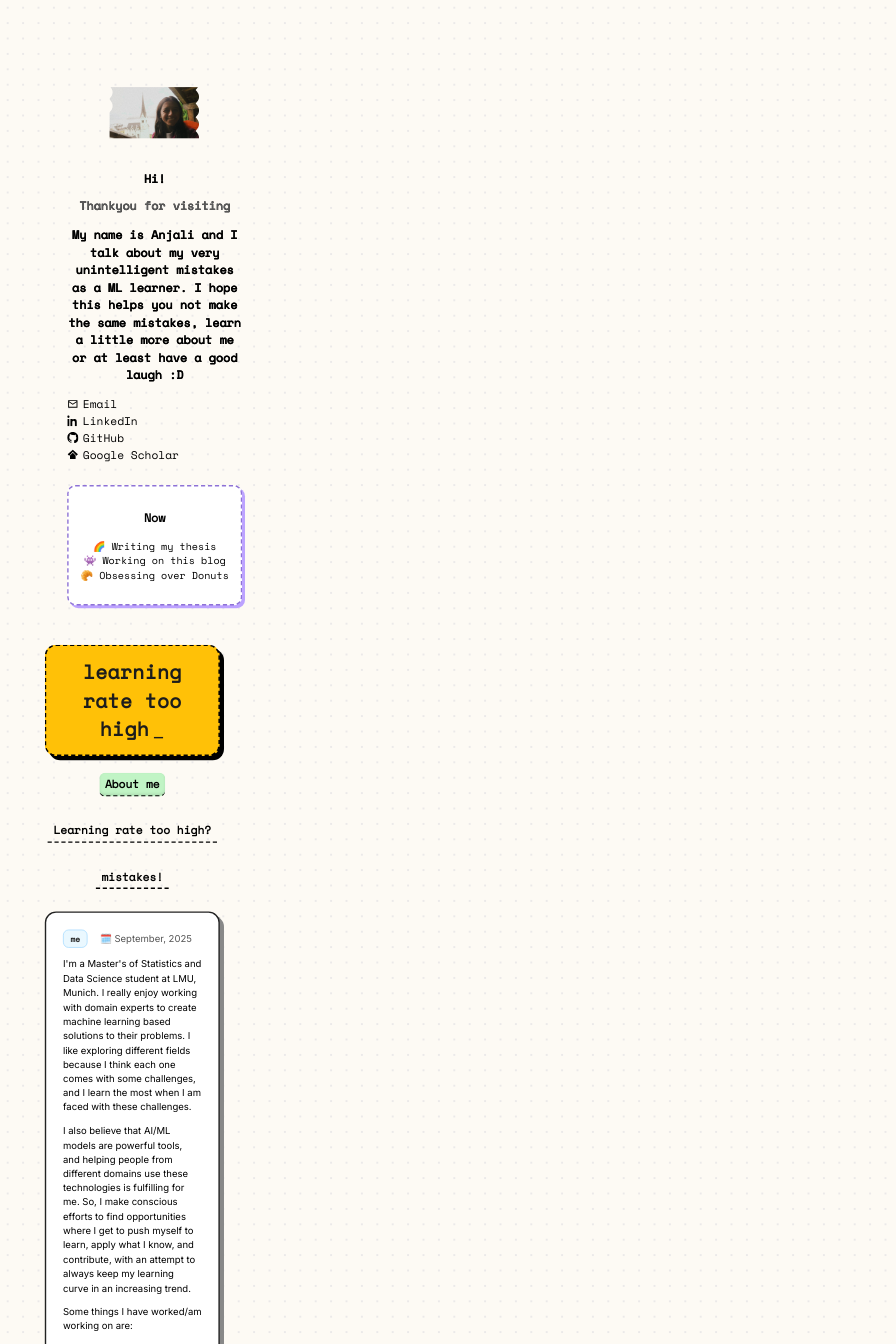
Repository: anjalisarawgi/learning_rate_too_high
Page: index.html
The author's editor kept a copy of each file at every save. The page is drawn from the files as they stood at one save, then again after the next save.
The browser window is 1280 px wide. The pictures show the part of the page from y = 0 to 1920 px (the page is 3356 px tall before and 899 px after), at 70% of full size.

Above is the page before, as saved 2025-11-03 10:04:42.

### index.html
<!DOCTYPE html>
<html lang="en">
<head>
  <meta charset="UTF-8" />
  <meta name="viewport" content="width=device-width, initial-scale=1.0" />
  <meta name="title" content="Learning Rate Too High – Machine Learning Mistakes by Anjali Sarawgi">
  <meta name="description" content="A lighthearted blog documenting my ML experiments, mistakes, and lessons learned.">
  <meta name="author" content="Anjali Sarawgi">
  <meta name="robots" content="index, follow">
  <link rel="canonical" href="https://anjalisarawgi.github.io/learning_rate_too_high/">
  <title>learning rate too high</title>
  <!-- <link href="https://fonts.googleapis.com/css2?family=Space+Mono&family=Press+Start+2P&display=swap" rel="stylesheet"> -->
  <link href="https://fonts.googleapis.com/css2?family=Space+Mono&family=Press+Start+2P&family=Inter&display=swap" rel="stylesheet">
  <style>
    body {
      font-family: 'Space Mono', monospace;
      background-color: #fdfaf4;
      margin: 0;
      padding: 2rem;
      /* background-image: radial-gradient(#ebe9e9 2px, transparent 1px); */
      background-image: radial-gradient(#ebe9e9 2px, transparent 2px);
      background-size: 22px 22px;
    }

    header {
      background: #FFC107;
      color: #1C1C1C;
      padding: 1rem 2rem;
      font-size: 1.75rem;
      font-weight: 700;
      font-family: 'Space Mono', monospace;
      border: 2px dashed #000;
      border-radius: 1rem;
      box-shadow: 6px 6px 0 #000;
      max-width: 900px;
      margin: 1.5rem auto;
      text-align: center;
      letter-spacing: 0.5px;
      transition: all 0.2s ease;

    }

    .cursor {
      display: inline-block;
      margin-left: 0.3rem;
      animation: blink 1s steps(2, start) infinite;
      font-weight: 400;
    }

    @keyframes blink {
      to {
        visibility: hidden;
      }
    }

    nav {
      display: flex;
      justify-content: center;
      gap: 2rem;
      margin: 1.5rem 0;
      flex-wrap: wrap;
    }

    nav a {
  text-decoration: none;
  color: #000;
  font-weight: bold;
  border-bottom: 2px dashed #000;
  padding: 0.25rem 0.5rem;
  transition: all 0.2s ease;
}

nav a:hover {
  background: #A9E6AE; /* slightly darker green */
  border-radius: 0.5rem;
  transform: scale(1.05);
}

nav a.active {
  background: #C1F4C5; /* light green */
  border-radius: 0.5rem;
  font-weight: 700;
  box-shadow: inset 0 -2px 4px rgba(0,0,0,0.1);
}

    .card {
      background: #fff;
      border: 2px solid #222;
      border-radius: 1rem;
      box-shadow: 6px 6px 0 #888;
      padding: 1.5rem;
      margin: 2rem auto;
      max-width: 900px;
      transition: all 0.2s ease;

    }

    .card:hover {
      box-shadow: 8px 8px 0 #aaa;
      transform: translate(-2px, -2px);
    }

    .card h2 {
      margin-top: 0;
      color: #222;
    }

    .card small {
      color: #555;
    }

    .tag {
      display: inline-block;
      background: #EAF8FF;
      color: #1C1C1C;
      border: 1px solid #A1D8FF;
      font-size: 0.7rem;
      font-weight: bold;
      padding: 0.2rem 0.6rem;
      margin-right: 0.5rem;
      border-radius: 0.5rem;
    }

    .footer-cta {
      text-align: center;
      margin-top: 4rem;
      font-size: 1rem;
    }

    .now-block {
      background: #fff; /* light lavender background */
      font-size: 0.9rem;
      padding: 1rem;
      border-radius: 0.75rem;
      margin-top: 2rem;
      box-shadow: 4px 4px 0 #bca2ff; /* soft purple shadow */
      border: 2px dashed #8e72d6; /* retro purple border */
      color: #000;
    }
    footer {
      text-align: center;
      margin-top: 4rem;
      color: #888;
      font-size:
       0.85rem;
    }

    .intro-bold {
      font-weight: 700;
      font-size: 1.05rem;
      /* color: #111; */
      text-shadow: 0.1px 0.1px #111
    }
    .cute-photo {
      width: 120px;
      height: 120px;
      object-fit: cover;
      margin-bottom: 1rem;
      border: 3px solid #000;
      box-shadow: 4px 4px 0 #bca2ff;
      /* scalloped / starburst look */
      clip-path: polygon(
        50% 0%, 63% 12%, 80% 6%, 88% 24%, 100% 36%, 92% 52%,
        100% 68%, 85% 74%, 76% 88%, 60% 82%, 50% 100%, 40% 82%,
        24% 88%, 15% 74%, 0% 68%, 8% 52%, 0% 36%, 12% 24%,
        20% 6%, 37% 12%
      );
      border-radius: 0; /* keep polygon edges visible */
      transform: rotate(-90deg);
    }
    /* Make text inside .card paragraphs and lists use Inter instead of Space Mono */
/* Card body text with smaller, cleaner font */
.card p,
.card li,
.card small {
  font-family: 'Inter', sans-serif;
  font-size: 0.85rem;       /* Smaller size */
  line-height: 1.5;         /* Keep good spacing */
}

/* Card headings stay Space Mono */
.card h2 {
  font-family: 'Space Mono', monospace;
  font-size: 1.3rem;         /* Optional: Slightly smaller heading too */
}
ul li {
  margin-bottom: 0.7rem; /* adjust value as needed */
  line-height: 1.6; /* optional: improves readability */
}
  </style>
</head>
<body>
  <div style="display: flex; max-width: 1400px; margin: 0 auto;">
    <aside style="width: 250px; padding: 2rem; font-family: 'Space Mono', monospace;">
      <aside style="width: 250px; padding: 2rem; font-family: 'Space Mono', monospace; text-align: center;">
        <div style="display: flex; justify-content: center; margin-bottom: 1rem;">
          <svg width="130" height="130" viewBox="0 0 100 100" style="transform: rotate(-90deg);">
            <defs>
              <clipPath id="flower">
                <path d="M50,0
                         C55,5 60,5 65,0
                         C70,5 75,5 80,0
                         C85,5 90,5 95,0
                         C100,10 100,15 95,20
                         C100,25 100,30 95,35
                         C100,40 100,45 95,50
                         C100,55 100,60 95,65
                         C100,70 100,75 95,80
                         C100,85 100,90 95,95
                         C85,100 80,100 75,95
                         C70,100 65,100 60,95
                         C55,100 50,100 45,95
                         C40,100 35,100 30,95
                         C25,100 20,100 15,95
                         C10,100 5,100 0,95
                         C0,85 0,80 5,75
                         C0,70 0,65 5,60
                         C0,55 0,50 5,45
                         C0,40 0,35 5,30
                         C0,25 0,20 5,15
                         C0,10 0,5 5,0
                         Z" />
              </clipPath>
            </defs>
            <image href="myphoto.jpeg" width="100" height="100" clip-path="url(#flower)" />
          </svg>
        </div>

      <h2 class="intro-bold" style="margin-top: 0;">Hi!</h2>
      <h3 class="intro-bold" style="margin-top: 0; color: #5a5a5a;">Thankyou for visiting</h3>
      <p class="intro-bold">
        My name is <strong>Anjali</strong> and I talk about my very unintelligent mistakes as a ML learner. I hope this helps you not make the same mistakes, learn a little more about me or at least have a good laugh :D
      </p>

      <a href="mailto:anjali.sarawgi9@gmail.com" style="display: flex; align-items: center; gap: 0.4rem; text-decoration: none; color: #000;">
        <!-- Email Icon -->
        <svg xmlns="http://www.w3.org/2000/svg" width="16" height="16" fill="currentColor" viewBox="0 0 24 24">
          <path d="M2 4h20v16H2V4zm2 2v.511l8 5.334 8-5.334V6H4zm0 2.489V18h16V8.489l-8 5.333-8-5.333z"/>
        </svg>
        <span>Email</span>
      </a>

      <a href="https://www.linkedin.com/in/anjali-sarawgi" target="_blank" style="display: flex; align-items: center; gap: 0.4rem; text-decoration: none; color: #000;">
        <!-- LinkedIn Icon -->
        <svg xmlns="http://www.w3.org/2000/svg" width="16" height="16" fill="currentColor" viewBox="0 0 24 24">
          <path d="M4.98 3.5C4.98 4.88 3.88 6 2.5 6S0 4.88 0 3.5 1.12 1 2.5 1 4.98 2.12 4.98 3.5zM.5 8.49h4V24h-4V8.49zm7.5 0h3.84v2.11h.05c.54-1.01 1.84-2.07 3.79-2.07 4.05 0 4.8 2.66 4.8 6.12V24h-4v-7.79c0-1.86-.03-4.26-2.59-4.26-2.59 0-2.99 2.02-2.99 4.11V24h-4V8.49z"/>
        </svg>
        <span>LinkedIn</span>
      </a>

      <!-- GitHub -->
      <a href="https://github.com/anjalisarawgi" target="_blank" style="display: flex; align-items: center; gap: 0.4rem; text-decoration: none; color: #000;">
        <svg xmlns="http://www.w3.org/2000/svg" width="16" height="16" fill="currentColor" viewBox="0 0 24 24">
          <path d="M12 0C5.37 0 0 5.37 0 12a12 12 0 008.21 11.43c.6.11.82-.26.82-.58v-2.02c-3.34.73-4.04-1.61-4.04-1.61-.55-1.38-1.35-1.75-1.35-1.75-1.1-.76.08-.74.08-.74 1.22.09 1.87 1.25 1.87 1.25 1.08 1.85 2.84 1.31 3.54 1 .11-.79.42-1.31.76-1.61-2.66-.3-5.47-1.33-5.47-5.91 0-1.31.47-2.38 1.24-3.22-.12-.3-.54-1.52.12-3.17 0 0 1-.32 3.29 1.23A11.45 11.45 0 0112 6.84c1.02.01 2.04.14 3 .42 2.29-1.55 3.29-1.23 3.29-1.23.66 1.65.24 2.87.12 3.17.77.84 1.24 1.91 1.24 3.22 0 4.6-2.82 5.61-5.5 5.91.43.37.81 1.09.81 2.21v3.27c0 .32.22.69.83.57A12 12 0 0024 12c0-6.63-5.37-12-12-12z"/>
        </svg>
        <span>GitHub</span>
      </a>


      <!-- Google Scholar -->
      <a href="https://scholar.google.com/citations?user=S54iOkAAAAAJ&hl=en" target="_blank" style="display: flex; align-items: center; gap: 0.4rem; text-decoration: none; color: #000;">
        <svg xmlns="http://www.w3.org/2000/svg" width="16" height="16" fill="currentColor" viewBox="0 0 24 24">
          <path d="M12 2L1 12l3.29 3.29L12 6.41l7.71 8.88L23 12zM12 8.5l-6 6V22h12v-7.5l-6-6z"/>
        </svg>
        <span>Google Scholar</span>
      </a>


      <div class="now-block">
        <h3>Now</h3>
        <p>🌈 Writing my thesis<br>👾 Working on this blog <br>🥐 Obsessing over Donuts</p>
      </div>
    </aside>

    <main style="flex: 1;">
      <header>learning rate too high<span class="cursor">_</span></header>
      <nav>
        <a href="#" data-tab="about" class="active" >About me</a>
        <a href="#" data-tab="loss-infinity">Learning rate too high?</a>
        <a href="#" data-tab="loss-infinity">mistakes!</a>
        <!-- <a href="#" data-tab="raw-text">uncertainity?</a> -->
        <!-- <a href="#" data-tab="wrong-script">wrong script AGAIN!</a> -->
        <!-- <a href="#" data-tab="wrong-script">package version/s</a> -->
        <!-- <a href="#" data-tab="wrong-script">parameters are IMP</a> -->
        <!-- <a href="#" data-tab="wrong-script">some research directions i think of</a> -->
        <!-- <a href="#" data-tab="wrong-script">the data problem</a> -->

        <!-- <a href="#" data-tab="shuffled-labels">shuffled labels</a> -->
      </nav>

      <div class="card" data-tab-content="wrong-script" style="display: none;">
        <div class="tag">bug</div><div class="tag">torch</div>
        <h2>correct code ... wrong script in training</h2>
        <small>🗓️ May, 2025</small>
        <p>I trained a model. I tweaked layers. I changed the loss function. I cursed PyTorch.<br>Nothing changed.<br><br>Turns out, I was editing <code>train.py</code> in folder A and running <code>train.py</code> in folder B. The curse was me.</p>
      </div>

      <div class="card" data-tab-content="loss-infinity" style="display: none;">
        <div class="tag">loss</div><div class="tag">div/0</div>
        <h2>loss infinity</h2>
        <small>🗓️ Jul 10, 2025</small>
        <p>My model diverged so hard it reached theological questions.<br>Turns out I forgot to normalize the input. Again. And again. And again...</p>
      </div>

      <div class="card" data-tab-content="raw-text" style="display: none;">
        <div class="tag">gnn</div><div class="tag">raw text</div>
        <h2>raw text to GNN</h2>
        <small>🗓️ Jun 5, 2025</small>
        <p>I tried putting raw text directly into a GNN.<br>It screamed. I listened.<br>Don't do it.</p>
      </div>

      <div class="card" data-tab-content="shuffled-labels" style="display: none;">
        <div class="tag">labels</div><div class="tag">oops</div>
        <h2>shuffled labels</h2>
        <small>🗓️ May 18, 2025</small>
        <p>I shuffled my data and accidentally shuffled the labels *separately*.<br>The model got creative, but not in a good way.</p>
      </div>

      <div class="card" data-tab-content="about" style="display: block;">
        <div class="tag">me</div>
        <!-- <h2>About me</h2> -->
        <small>🗓️ September, 2025</small>
        <!-- <h2>Hi, I'm Anjali ✨</h2> -->
        <p>I'm a Master's  of Statistics and Data Science student at LMU, Munich. I really enjoy working with domain experts to create machine learning based solutions to their problems. I like exploring different fields because I think each one comes with some challenges, and I learn the most when I am faced with these challenges.        </p>
        <p>I also believe that AI/ML models are powerful tools, and helping people from different domains use these technologies is fulfilling for me. So, I make conscious efforts to find opportunities where I get to push myself to learn, apply what I know, and contribute, with an attempt to always keep my learning curve in an increasing trend.</p>
        <p>Some things I have worked/am working on are:</p>
        <ul>
          <li><strong>Graph Neural Networks</strong> -> I am using GNNs to detect functional subcircuits (e.g., Sbox, key expansion) in digital circuit netlists. This is a part of my master's thesis.
          <li><strong>Low-Resource ML</strong> -> I collaborated with a historian to build a handwritten text model for 18th and 19th century manuscripts to enable automatic transcriptions (repo to be released soon!) [<i>cannot say alot about this since we have a anonymous conference submission</i>]
          <li><strong>Psycological Research</strong> -> At LMU, Munich, I worked for the Phone study project (https://phonestudy.org/en/), where they capture and study mobile sensing data for finding methods to understand the users mental health. Here, very interestingly I worked on the keyboard data, where I prepared the data, and created features to see if users typing behaviour can indicate depression.
          <li><strong>Cultural bias</strong> -> Very recently, I have been very intrigued with the cultural stereotypes most large language models capture, and I have been trying to infer these behaviours to see for another possible research direction i could work on this winter of 2025. Particularly, I am curious to evaluate how these models handle smaller or less represented regions, for example Nepal. I think it would be very interesting to see if we can identify and solve for the biases in the dataset it was trained on itself.
        </ul>

      </div>

      <!-- <footer>
        💥 for more, please wait for me to have another breakdown
      </footer> -->
    </main>
  </div>

  <!-- JS for tab switching -->
  <script>
    const tabs = document.querySelectorAll('nav a');
    const cards = document.querySelectorAll('[data-tab-content]');

    tabs.forEach(tab => {
      tab.addEventListener('click', (e) => {
        e.preventDefault();
        const target = tab.getAttribute('data-tab');

        // Hide all cards
        cards.forEach(card => {
          card.style.display = 'none';
        });

        // Remove 'active' class from all tabs
        tabs.forEach(t => t.classList.remove('active'));

        // Add 'active' to clicked tab
        tab.classList.add('active');

        // Show the matching card
        const activeCard = document.querySelector(`[data-tab-content="${target}"]`);
        if (activeCard) activeCard.style.display = 'block';
      });
    });
  </script>
</body>
</html>

After the next save:
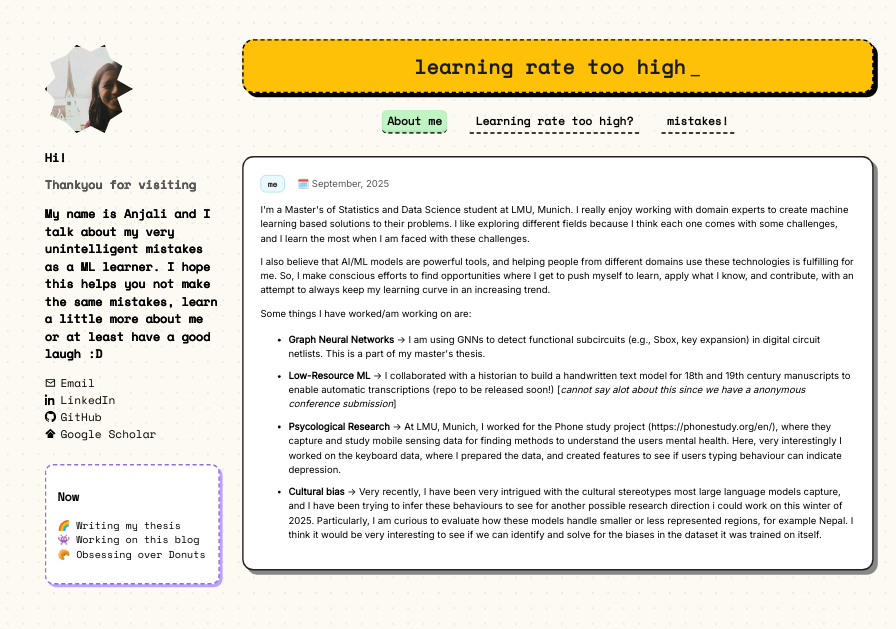
Saved 6 s later.
--- a/index.html
+++ b/index.html
@@ -192,40 +192,10 @@ ul li {
 <body>
   <div style="display: flex; max-width: 1400px; margin: 0 auto;">
     <aside style="width: 250px; padding: 2rem; font-family: 'Space Mono', monospace;">
-      <aside style="width: 250px; padding: 2rem; font-family: 'Space Mono', monospace; text-align: center;">
-        <div style="display: flex; justify-content: center; margin-bottom: 1rem;">
-          <svg width="130" height="130" viewBox="0 0 100 100" style="transform: rotate(-90deg);">
-            <defs>
-              <clipPath id="flower">
-                <path d="M50,0
-                         C55,5 60,5 65,0
-                         C70,5 75,5 80,0
-                         C85,5 90,5 95,0
-                         C100,10 100,15 95,20
-                         C100,25 100,30 95,35
-                         C100,40 100,45 95,50
-                         C100,55 100,60 95,65
-                         C100,70 100,75 95,80
-                         C100,85 100,90 95,95
-                         C85,100 80,100 75,95
-                         C70,100 65,100 60,95
-                         C55,100 50,100 45,95
-                         C40,100 35,100 30,95
-                         C25,100 20,100 15,95
-                         C10,100 5,100 0,95
-                         C0,85 0,80 5,75
-                         C0,70 0,65 5,60
-                         C0,55 0,50 5,45
-                         C0,40 0,35 5,30
-                         C0,25 0,20 5,15
-                         C0,10 0,5 5,0
-                         Z" />
-              </clipPath>
-            </defs>
-            <image href="myphoto.jpeg" width="100" height="100" clip-path="url(#flower)" />
-          </svg>
-        </div>
-
+      <img
+      src="myphoto.jpeg"
+      alt="Anjali Sarawgi"
+      class="cute-photo">
       <h2 class="intro-bold" style="margin-top: 0;">Hi!</h2>
       <h3 class="intro-bold" style="margin-top: 0; color: #5a5a5a;">Thankyou for visiting</h3>
       <p class="intro-bold">
